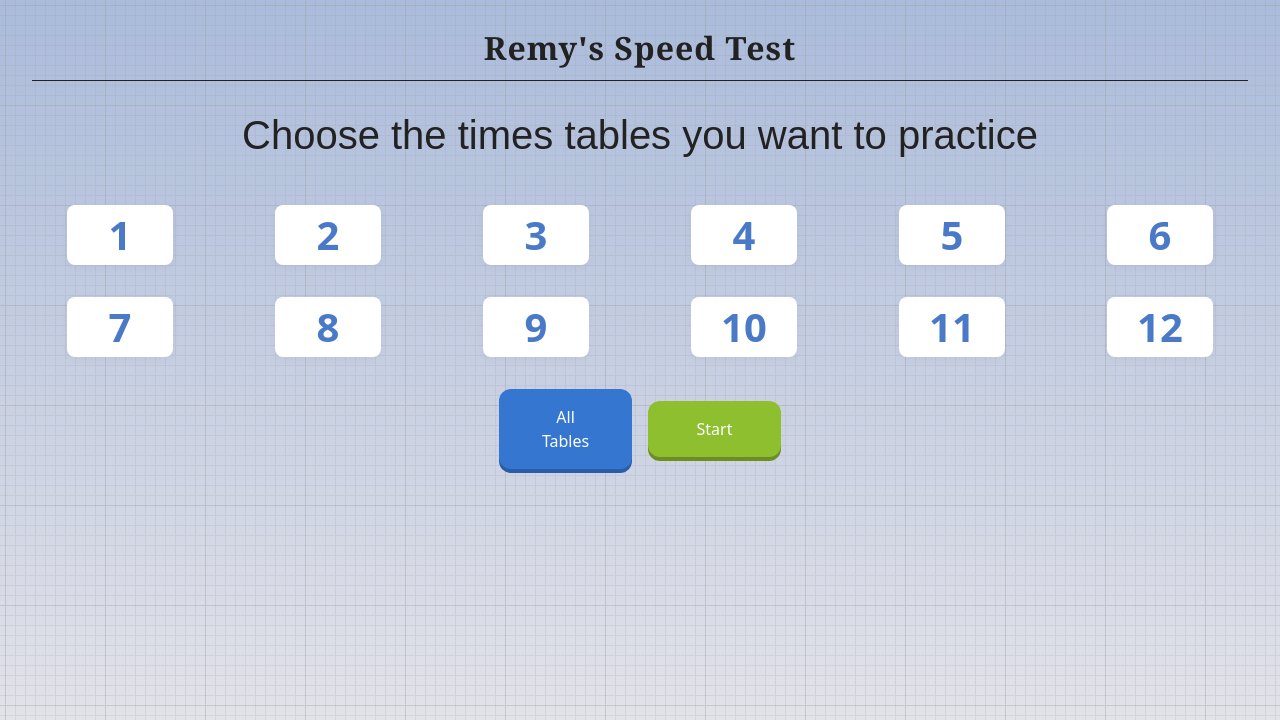
Repository: Chinurum-Omenuko/remys-speed-test
Page: / (app in app/)
The author's editor kept a copy of each file at every save. The page is drawn from the files as they stood at one save, then again after the next save.
The browser window is 1280 px wide. The pictures show the whole page.
The project was rebuilt for these pictures with package versions that can differ from the ones it lists, and the page was loaded fresh each time. The framework's server and built-in components were replaced by stand-ins that run in the browser. Also part of the build but not shown: app/svelte.config.js, app/vite.config.ts.

Above is the page before, as saved 2025-11-17 13:46:29.

### app/src/routes/+page.svelte

<script lang="ts">
	import { goto } from "$app/navigation";
	import { GameStore } from "../stores/gameStore.svelte";

	let store = GameStore;
	let chosenTables = store.getTables()
	const tables = Array.from({ length: 12 }, (_, i) => i + 1);

	function selectTable(table: number) {
		store.addTables(table)
	}

	function allTables(){
		tables.forEach(table => {
			let index = chosenTables.indexOf(table)
			if(!chosenTables.includes(table)){
				selectTable(table)
				return
			}
			chosenTables.splice(index, 1)
		});
	}


	function start() {
		store.generateQuestions(chosenTables)
		goto("/test")
	}



	function lastResults() {
		alert('Show last results');
	}
</script>
<div class="landing-bg">
	<div style="padding: 1.5rem 2rem 0 2rem;">
		<h1 class="title">Remy's Speed Test</h1>
		<div class="dotted"></div>
		<h2 class="subtitle">Choose the times tables you want to practice</h2>
		<div class="content">
			<div class="tables-grid">
				{#each tables as table}
					<button
						type="button"
						class="table-btn {chosenTables.includes(table) ? 'selected' : ''}"
						on:click={() => {

							selectTable(table)
							}}
						aria-pressed={chosenTables[table] === table}
					>
						{table}
					</button>
				{/each}
			</div>
			<div class="actions">

				{#if chosenTables.length == 12}
					<button class="red-btn btn bg-red-500" on:click={allTables}>Deselect All Tables</button>
				{:else}
					<button class="blue-btn btn" on:click={allTables}>All Tables</button>
				{/if}

				<button class="green-btn btn" on:click={start}>Start</button>
			</div>
		</div>
	</div>
</div>

<style>
	.landing-bg {


		background-image:url("data:[embedded picture, 1695 characters]"), linear-gradient(180deg, #aabbdb, #e2e2e9);
		min-height: 100vh;
		max-width: 100vw;
		padding: 0;
		margin: 0;
	}
	.title {
		font-size: 2rem;
		font-weight: 700;
		margin: 0 0 0.5rem 0;
		letter-spacing: 1px;
		color: #222;
		font-family: Georgia, 'Times New Roman', Times, serif;
		text-align: center;
	}
	.dotted {
		border-bottom: 1px solid #222;
		margin-bottom: 1.5rem;
	}
	.subtitle {
		font-size: clamp(1rem, 5vw, 2.5rem);
		font-weight: 100;
		margin-bottom: 2.5rem;
		text-align: center;
		color: #222;
		font-family: Arial, Helvetica, sans-serif;
	}

	.content{
		display: flex;
		flex-direction: column;
		/* border: solid 2px red; */
		justify-content: start;
		align-items: center;
		max-width: 100vw;
		min-height: 50vh;
	}
	.tables-grid {
		display: grid;
		grid-template-columns: repeat(6, 1fr);
		gap: 2rem;
		/* border: solid 2px green; */
		width: 100%;
	}
	.table-btn {
		background: #fff;
		border-radius: 8px;
		font-size: 2.5rem;
		font-weight: 700;
		color: #4a7ac7;
		width: 60%;
		height: 100%;
		display: flex;
		align-items: center;
		justify-content: center;
		cursor: pointer;
		transition: box-shadow 0.2s, border 0.2s;
		margin: 0 auto;
		box-shadow: 0 2px 8px rgba(0,0,0,0.04);
	}
	.table-btn.selected {
		border: 3px solid #2e5eaa;
		background: #eaf1ff;
		color: #2e5eaa;
	}
	.actions {
		display: flex;
		justify-content: space-between;
		align-items: center;
		max-width: 1200px;
		margin: 2rem auto 0 auto;
		flex-direction: row;
	}

	.btn {
		width: 50%;
		height: 50%;
		color: #fff;
		border-radius: 12px;
		padding: 1rem 2.5rem;
		cursor: pointer;
		margin-bottom: 0.5rem;
	}
	.blue-btn {
		background:  #3576d1;
		border: none;
		box-shadow: 0 4px 0 #2b5ca7;
		transition: background 0.2s;
	}
	.blue-btn:active {
		background: #3576d1;
	}
	.green-btn {
		background: #8dbf2e;
		border: none;
		box-shadow: 0 4px 0 #6b8e23;
		margin-left: 1rem;
		transition: background 0.2s;
	}
	.green-btn:active {
		background: #8dbf2e;
	}

	/* 640px: small tablet */
	@media (min-width: 340px) and (max-width: 640px){
		.tables-grid {
			grid-template-columns: repeat(3, 1fr);
			border: solid 2px red;
		}
		.table-btn {
			font-size: 1.5rem;
		}
		.actions {
			flex-direction: row;
			align-items: stretch;
			gap: 2rem;
			border: solid 2px red;
			width: 80vw;
		}
	}
	@media (min-width: 640px) {
		.tables-grid {

		}
		.table-btn {

		}
		.actions {

		}
	}

	/* 768px: tablet portrait */
	/* @media (min-width: 768px) {
		.tables-grid {
			grid-template-columns: repeat(3, 1fr);
			border: red;
		}
		.table-btn {
			width: 100px;
			height: 80px;
			font-size: 1.5rem;
		}
		.actions {
			flex-direction: column;
			align-items: stretch;
			gap: 2rem;
		}
	} */

	/* 1024px: tablet landscape / small laptop */
	/* @media (min-width: 1024px) {
		.tables-grid {
			grid-template-columns: repeat(4, 1fr);
		}
		.table-btn {
			width: 140px;
			height: 110px;
			font-size: 2rem;
		}
		.actions {
			flex-direction: row;
			align-items: center;
			gap: 1rem;
		}
	} */

	/* @media (min-width: 1200px) and (max-height: 700px) {

	} */


	/* 1280px: laptop */
	/* @media (min-width: 1280px) {} */

	/* 1536px: large desktop */
	/* @media (min-width: 1536px) {} */




</style>

### app/src/stores/gameStore.svelte.ts
import { writable } from "svelte/store";
import { createQuestions } from "../utils/gameUtils";

function createGameStore(){
    let allQuestions = $state<any[]>([])
    let selectedTables: number[] = $state([])


    return{
        selectedTables,
        get allQuestions(){
            return allQuestions;
        },
        clearSelectedTables: () => {
            selectedTables = []
        },
        getTables: () => selectedTables,
        addTables: (table: number) => {
            let index = selectedTables.indexOf(table)

            if(!selectedTables.includes(table)){
                selectedTables.push(table)
                return
            }

            selectedTables.splice(index,1)

        },
        generateQuestions: (table: number[]) => {
            let questions = createQuestions(table)

            let flat = Object.values(questions).flat();
            allQuestions = [...allQuestions, ...flat];


        },

        removeQuestions: () => allQuestions = []
    }
}

export const GameStore = createGameStore()

### app/src/utils/gameUtils.ts
function makeQuestionObject(table: number){
    let questionsObjectArray = []
    for (let i = 1; i <= 12; i++){
        let question = {
            id: table + '-' + i,
            table: table,
            multiplier: i,
            question: `${table} x ${i}`,
            answer: table * i
        };
        questionsObjectArray.push(question);
    }
    return questionsObjectArray;
}

export function createQuestions(timeTable: number[]){
    let questions = {};

    timeTable.forEach(table => {
        let objectArray = makeQuestionObject(table)
        questions[table] = objectArray
    });
    return questions
}

Loaded but not shown: app/src/app.html (common file); app/src/routes/+layout.svelte (common file); app/src/app.css (common file)

After the next save:
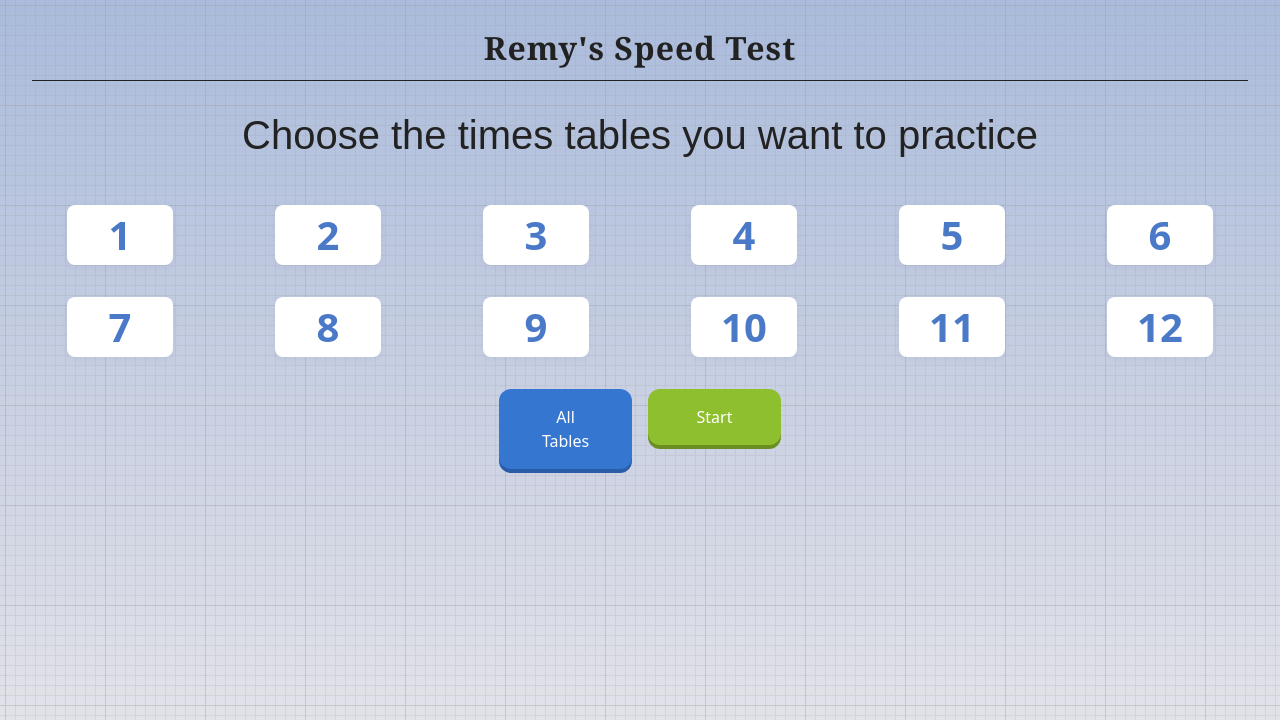
Saved 2 min 21 s later.
--- a/app/src/routes/+page.svelte
+++ b/app/src/routes/+page.svelte
@@ -141,7 +141,7 @@
 	.actions {
 		display: flex;
 		justify-content: space-between;
-		align-items: center;
+		align-items: stretch;
 		max-width: 1200px;
 		margin: 2rem auto 0 auto;
 		flex-direction: row;
